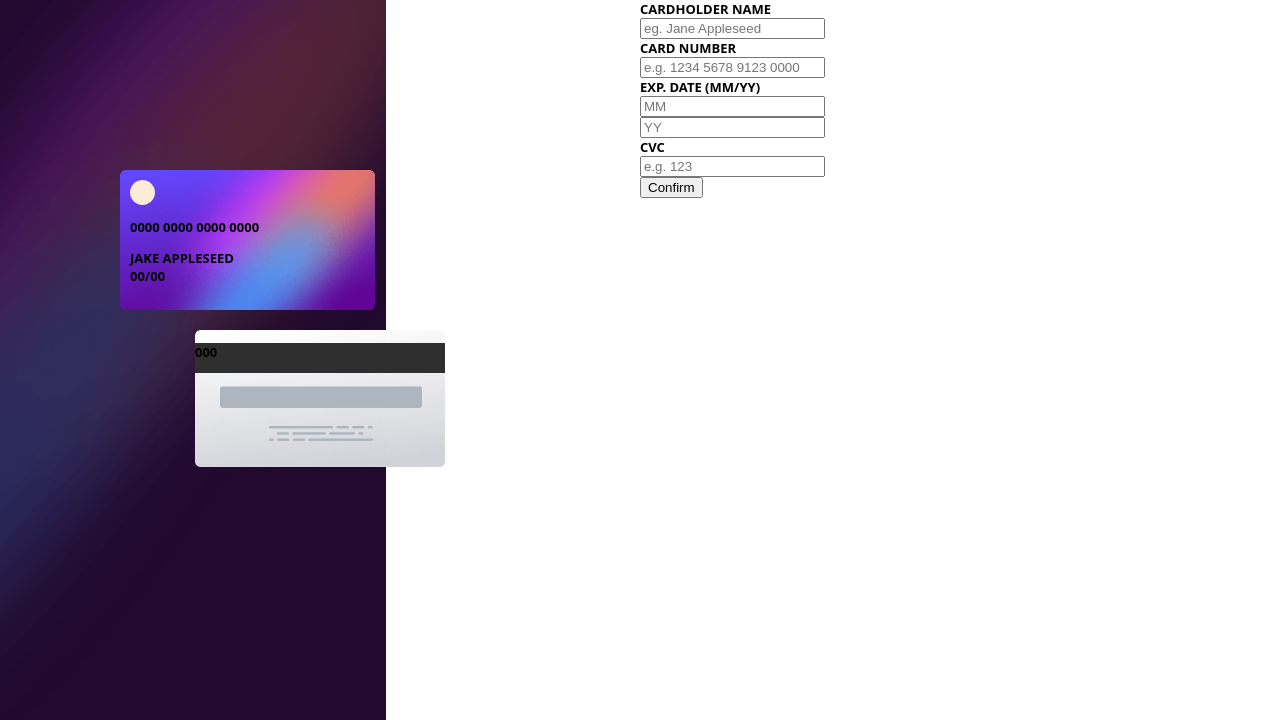
Repository: Celebration-cloud/my-project
Page: interactive-card-details-form-main/index.html
An editor plug-in stored every save of this project. The page is shown before and after a run of saves, followed by the edit.
The browser window is 1280 px wide. The pictures show the whole page.

Above is the page before, as saved 2023-08-23 00:37:20.

After the next 3 saves:
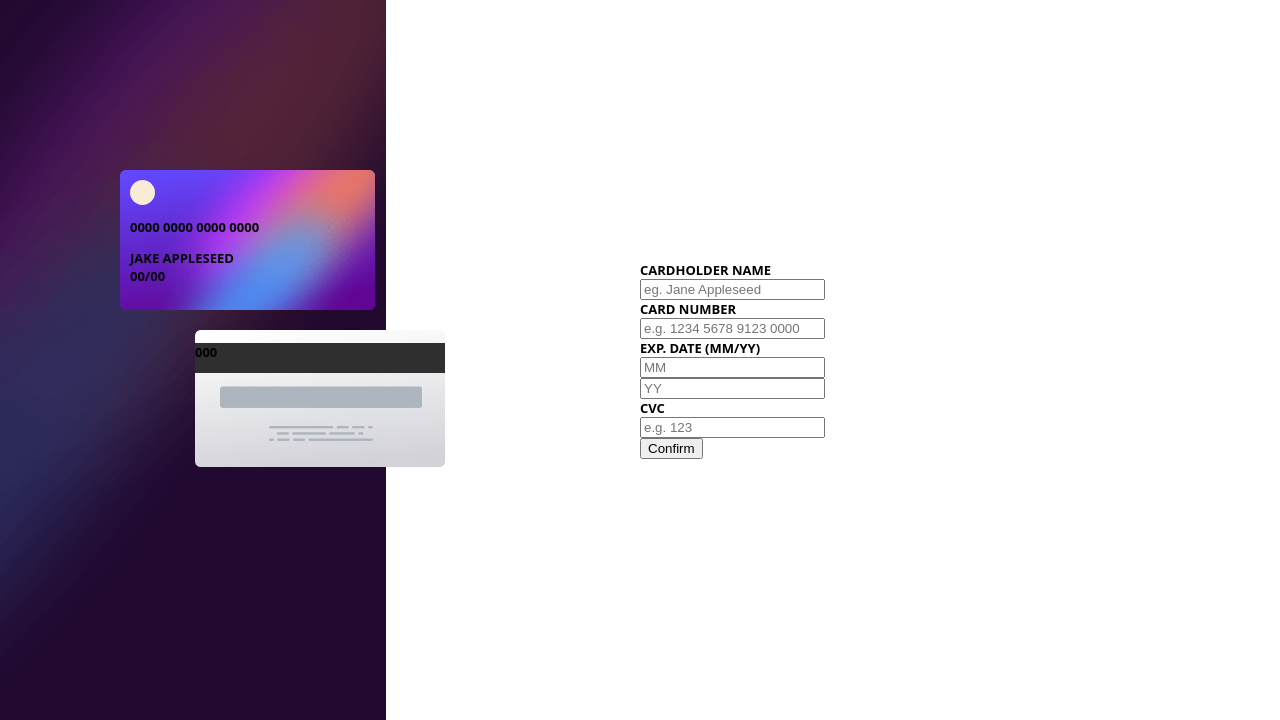
The 3 saves are shown as one change because they came seconds apart.
The last was saved 9 s later.
--- a/interactive-card-details-form-main/index.css
+++ b/interactive-card-details-form-main/index.css
@@ -63,5 +63,5 @@ body{
 
 }
 #section-b{
-
+    align-self: center;
 }
